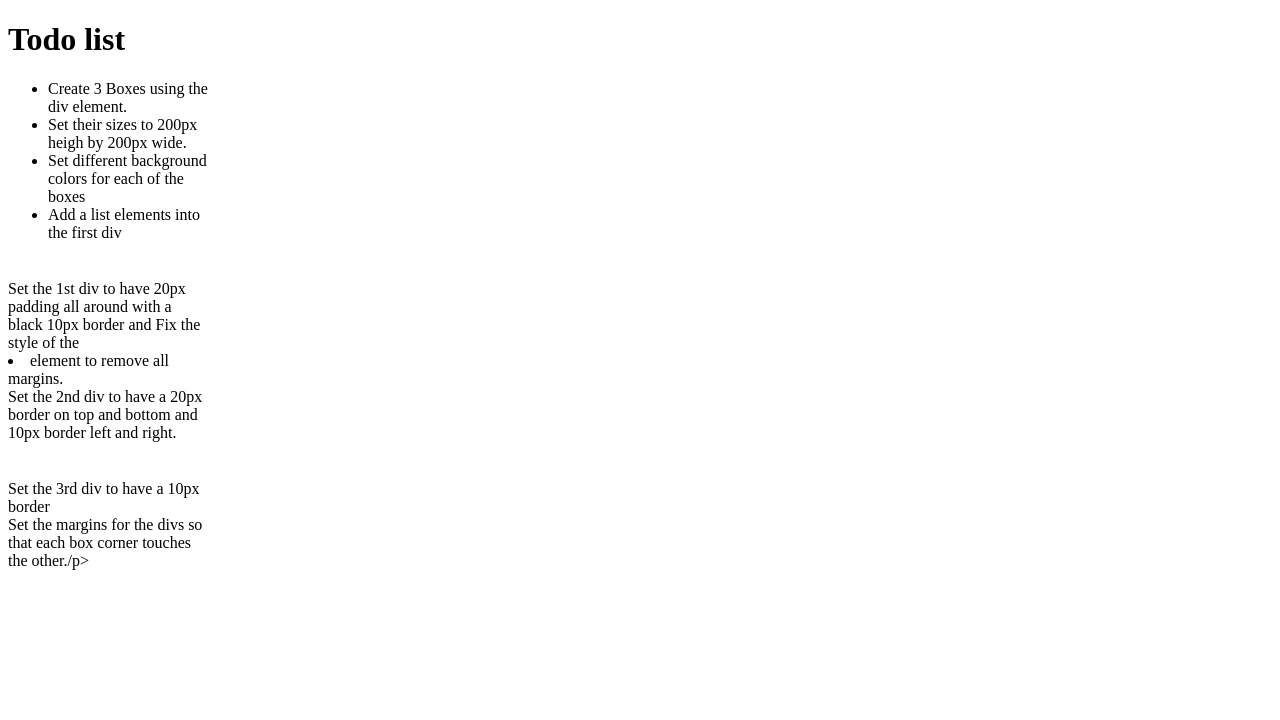
Repository: aniatot/CSS_KT
Page: 6.3 CSS Box Model/index.html
An editor plug-in stored every save of this project. The page is shown before and after the next save, followed by the edit.
The browser window is 1280 px wide. The pictures show the whole page.

Above is the page before, as saved 2023-10-18 20:18:32.

After the next save:
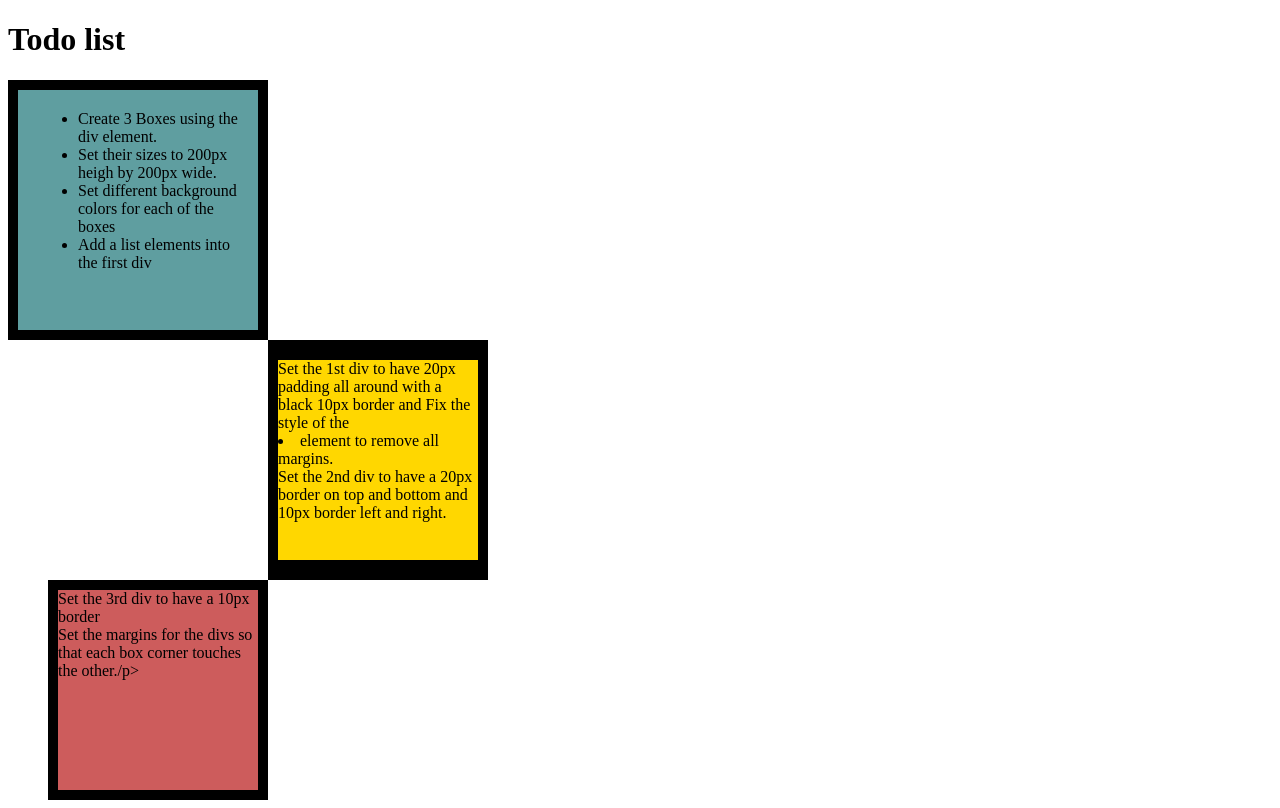
Saved 64 s later.
--- a/6.3 CSS Box Model/index.html
+++ b/6.3 CSS Box Model/index.html
@@ -15,7 +15,7 @@
       margin: 0;
     }
 
-/*     #first {
+    #first {
       background-color: cadetblue;
       padding: 20px;
       border: 10px solid black;
@@ -32,7 +32,7 @@
       background-color: indianred;
       border: 10px solid black;
       margin-left: 40px;
-    } */
+    }
   </style>
 
   </style>
